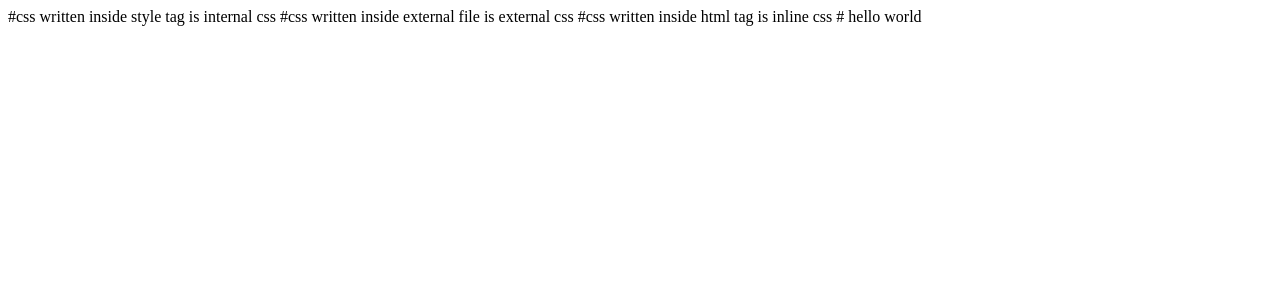
Repository: pavitrapai10/MERN-Stack
Page: html_css/index.html
The author's editor kept a copy of each file at every save. The page is drawn from the files as they stood at one save, then again after the next save.
The browser window is 1280 px wide. The pictures show the whole page.

Above is the page before, as saved 2024-07-03 18:23:57.

### html_css/index.html
#css written inside style tag is internal css
#css written inside external file is external css
#css written inside html tag is inline css
#
<!DOCTYPE html>
<html lang="en">
<head>
    <meta charset="UTF-8">
    <meta name="viewport" content="width=device-width, initial-scale=1.0">
    <title>Document</title>
</head>
<body>
    hello world
</body>
</html>

After the next save:
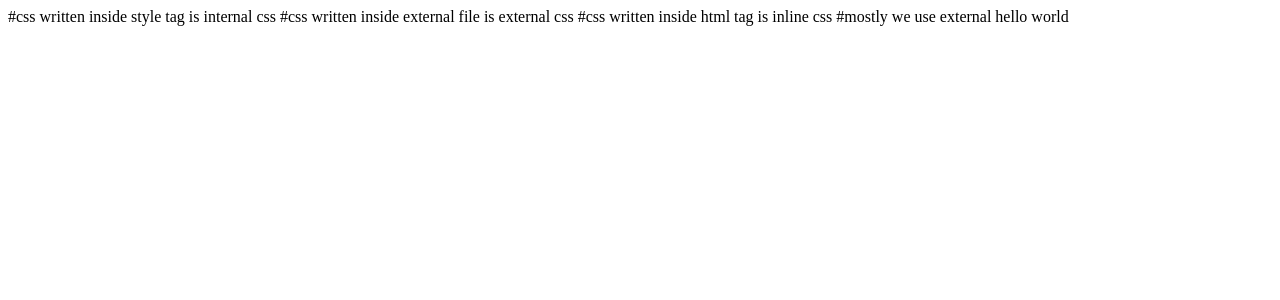
Saved 8 s later.
--- a/html_css/index.html
+++ b/html_css/index.html
@@ -1,7 +1,7 @@
 #css written inside style tag is internal css
 #css written inside external file is external css
 #css written inside html tag is inline css
-#
+#mostly we use external
 <!DOCTYPE html>
 <html lang="en">
 <head>
